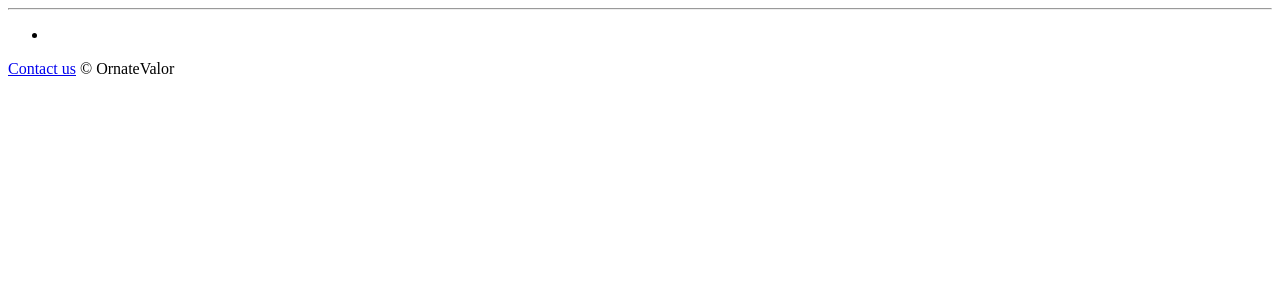
Repository: OrdnateValor/DegaTotal
Page: http://localhost/mini/include/footer.jsp
These files come from the project's save history. The page is drawn as it stood at one moment and after the next save; the edit follows.
The browser window is 1280 px wide. The pictures show the whole page.
The page is served by Tomcat 9. Other server files are loaded and not shown.

Above is the page before, as saved 2021-09-20 12:16:11.

### mini/src/main/webapp/include/footer.jsp
<footer class='navbar navbar-dark bg-secondary'>
	<div class="container">
		<hr>
		<ul>
			<li></li>
		</ul>
		<a class="nav-link" href="https://www.bungie.net/7/ko/User/Profile/254/19164972/OrnateValor">Contact us</a>
		&copy; OrnateValor
	</div>
</footer>

After the next save:
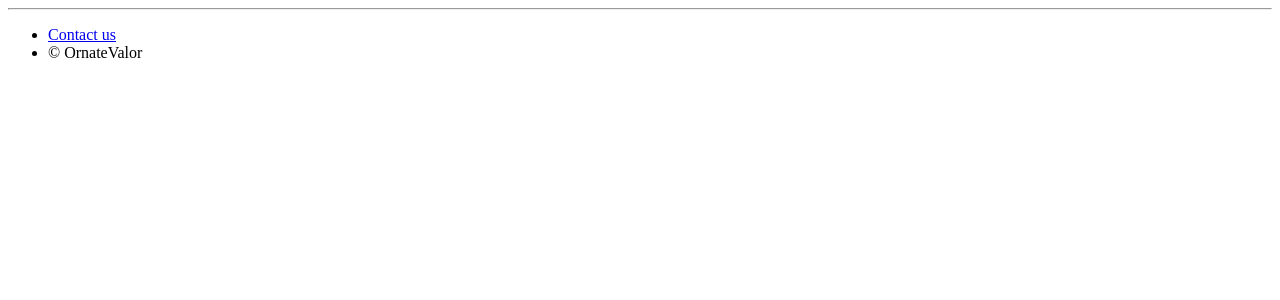
Saved 10 s later.
--- a/mini/src/main/webapp/include/footer.jsp
+++ b/mini/src/main/webapp/include/footer.jsp
@@ -2,9 +2,12 @@
 	<div class="container">
 		<hr>
 		<ul>
-			<li></li>
+			<li><a class="nav-link"
+				href="https://www.bungie.net/7/ko/User/Profile/254/19164972/OrnateValor">Contact
+					us</a></li>
+			<li>&copy; OrnateValor</li>
 		</ul>
-		<a class="nav-link" href="https://www.bungie.net/7/ko/User/Profile/254/19164972/OrnateValor">Contact us</a>
-		&copy; OrnateValor
+
+
 	</div>
 </footer>
